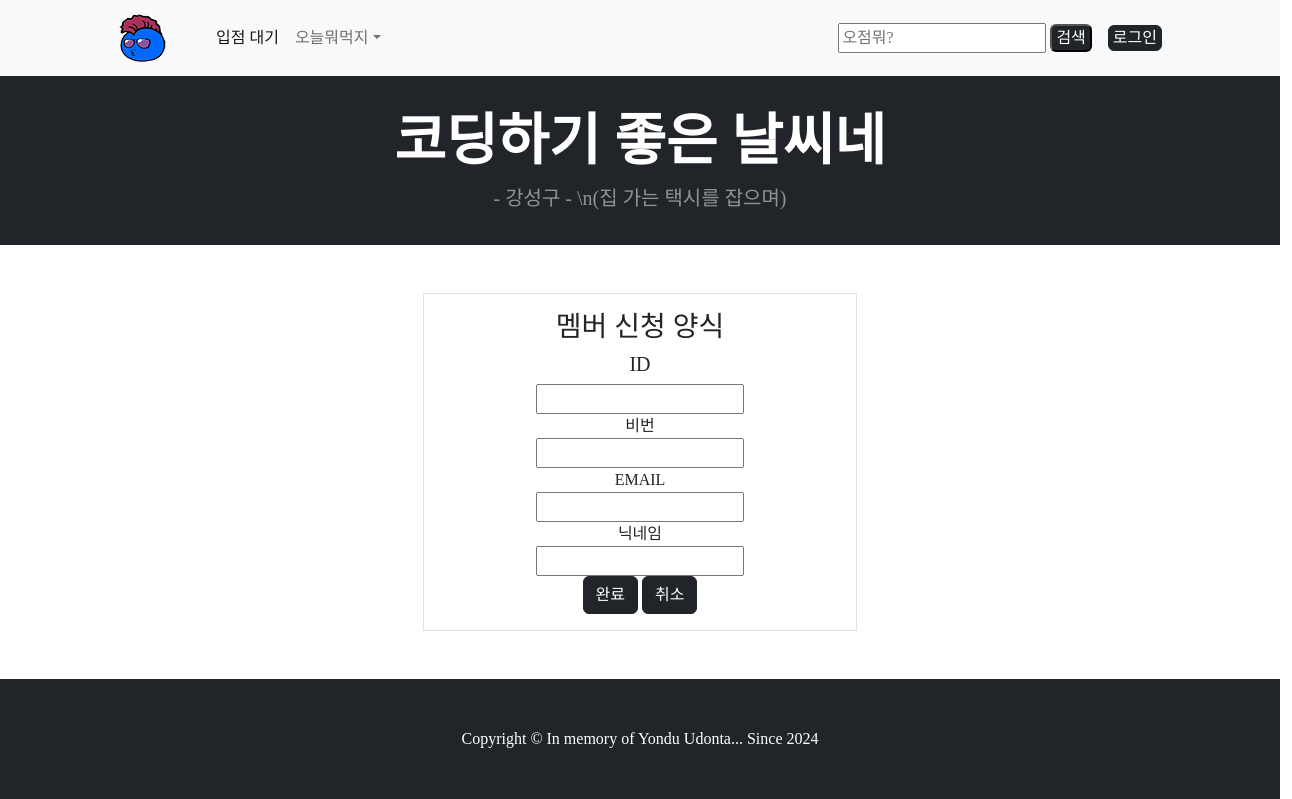
Repository: ashwan94/ydzone
Page: http://localhost/YonduZone/signUp
The author's editor kept a copy of each file at every save. The page is drawn from the files as they stood at one save, then again after the next save.
The browser window is 1280 px wide. The page is 1292 px wide, so the pictures cover 1292 px, including what lies to the right of the window. The pictures show the whole page.
Some web fonts or font styles are not loaded; a fallback is used. The page is served by Tomcat 9.

Above is the page before, as saved 2024-05-01 11:43:04.

After the next save:
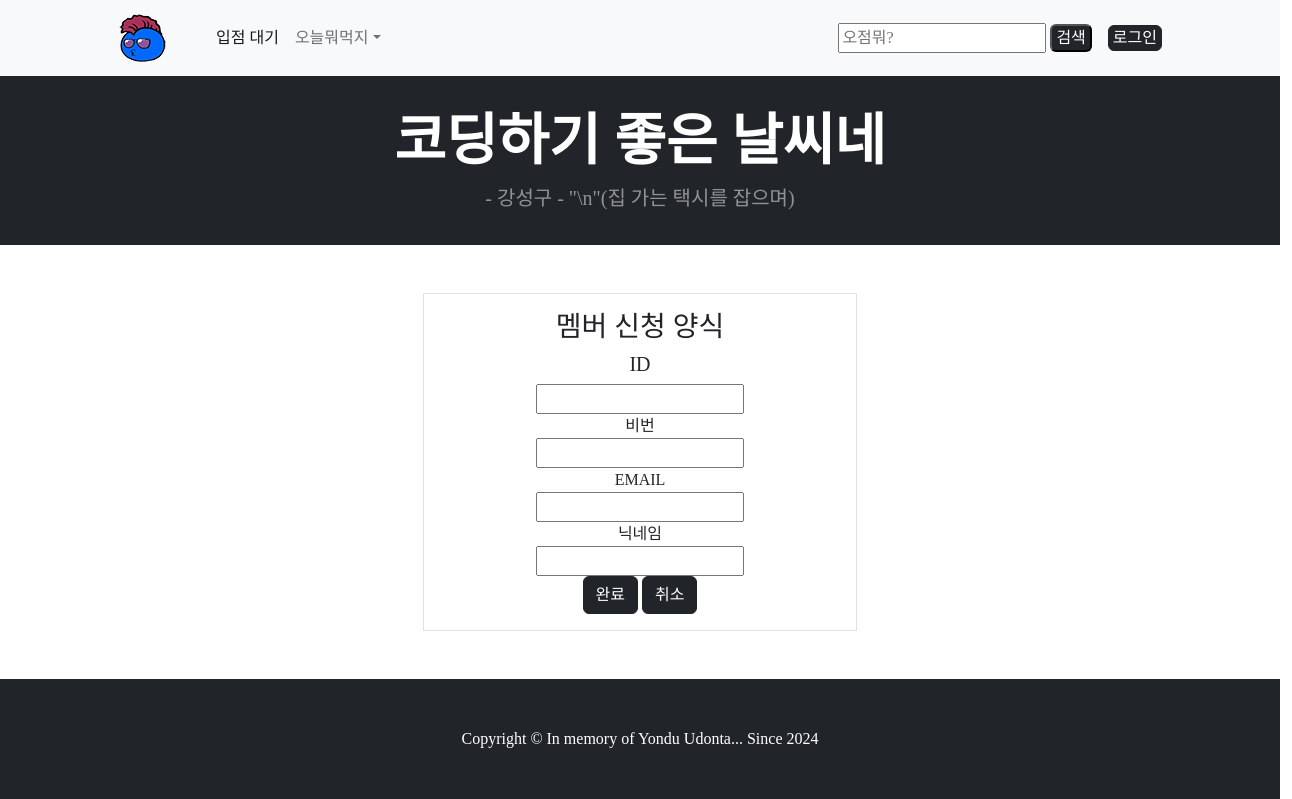
Saved 12 s later.
--- a/YonduZone/src/main/webapp/WEB-INF/views/common/signUp.jsp
+++ b/YonduZone/src/main/webapp/WEB-INF/views/common/signUp.jsp
@@ -3,7 +3,7 @@
 <jsp:include page="/WEB-INF/views/common/header.jsp">
 	<jsp:param value="회원가입" name="title" />
 	<jsp:param value="코딩하기 좋은 날씨네" name="center" />
-	<jsp:param value="- 강성구 - \n(집 가는 택시를 잡으며)" name="content" />
+	<jsp:param value="- 강성구 - \"\n\"(집 가는 택시를 잡으며)" name="content" />
 </jsp:include>
 
 <div class="row my-5">
